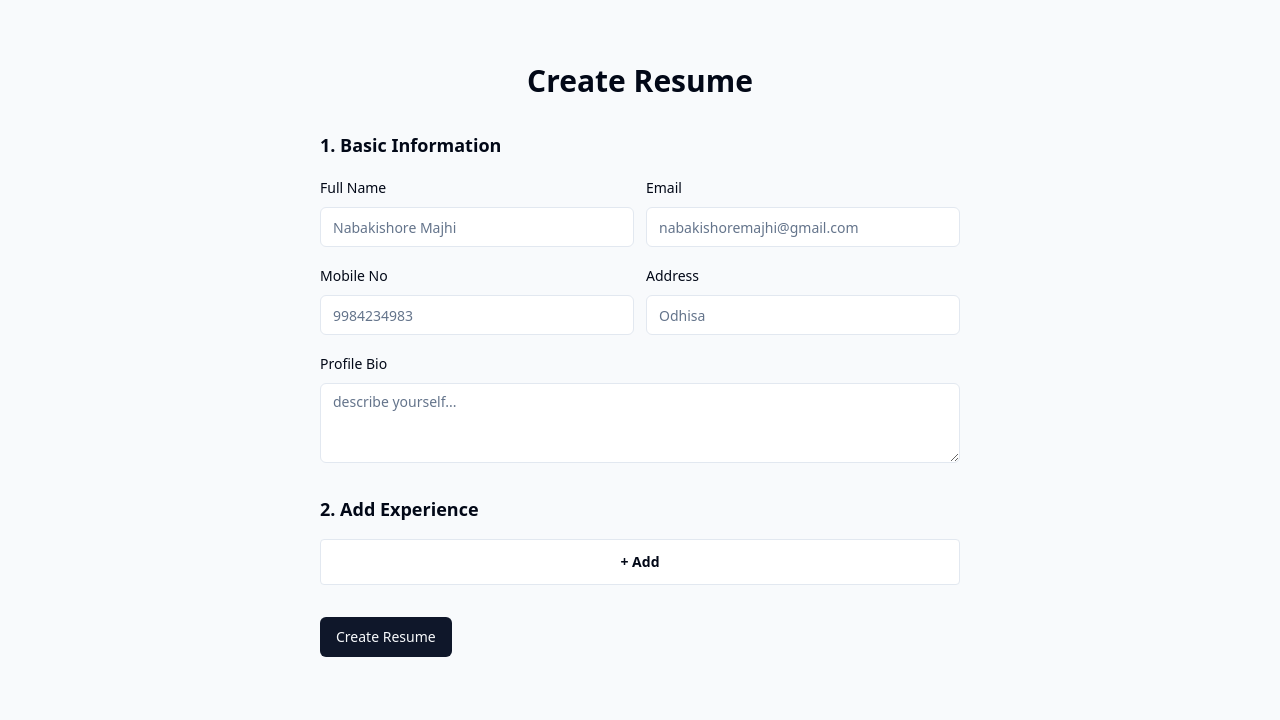
Repository: nickgoel31/resume-maker
Page: /create-resume
The author's editor kept a copy of each file at every save. The page is drawn from the files as they stood at one save, then again after a run of saves.
The browser window is 1280 px wide. The pictures show the whole page.
The project was rebuilt for these pictures with package versions that can differ from the ones it lists, and the page was loaded fresh each time. The framework's server and built-in components were replaced by stand-ins that run in the browser. Also part of the build but not shown: next.config.mjs.

Above is the page before, as saved 2024-03-19 13:59:56.

### app/(main)/create-resume/page.tsx
"use client"
import { zodResolver } from "@hookform/resolvers/zod"
import { useForm } from "react-hook-form"
import { z } from "zod"

import { Button } from "@/components/ui/button"
import {
  Form,
  FormControl,
  FormDescription,
  FormField,
  FormItem,
  FormLabel,
  FormMessage,
} from "@/components/ui/form"
import { Input } from "@/components/ui/input"
import { Textarea } from "@/components/ui/textarea"
import ExpAddBtn from "./_components/exp-add-btn"
import { useState } from "react"
import { Trash2 } from "lucide-react"

const formSchema = z.object({
  name: z.string().min(2, {
    message: "Name must be at least 2 characters.",
  }),
    email: z.string().email({
        message: "Invalid email address.",
    }),
    phone: z.string().min(10, {
      message: "Phone number should have at least 10 digits.",
    }),
    address: z.string().min(5, {
      message: "Address should have at least 5 characters.",
    }),
    summary: z.string().min(10, {
      message: "Summary should have at least 10 characters.",
    }),
})

export type Experience = {
    jobTitle: string;
    company: string;
    description: string;
    startDate: string;
    endDate: string;

}

const CreateResumePage = () => {

    const form = useForm<z.infer<typeof formSchema>>({
        resolver: zodResolver(formSchema),
        defaultValues: {
            name: "",
            email: "",
            phone: "",
            address: "",
            summary: "",
        },
      })

      // 2. Define a submit handler.
      function onSubmit(values: z.infer<typeof formSchema>) {
        // Do something with the form values.
        // ✅ This will be type-safe and validated.
        console.log(values)
      }


    const [experiences, setExperiences] = useState<Experience[]>([])

    const handleExperienceAdd = (experience:Experience) => {
        setExperiences([...experiences, experience])
    }
    const deleteExperience = (index:number) => {
        const newExperiences = experiences.filter((_, i) => i !== index)
        setExperiences(newExperiences)
    }



  return (
    <body className='h-full w-full bg-slate-50 flex items-center justify-center gap-8 flex-col py-10 px-5'>
        <div className=''>
            <h1 className='font-bold text-3xl'>Create Resume</h1>
        </div>

        <Form {...form}>
            <form onSubmit={form.handleSubmit(onSubmit)} className="space-y-8 w-full max-w-screen-sm">
                {/* SECTION 1 */}
                <div className="section-1 space-y-4">
                    <h3 className="text-semibold font-semibold text-lg">1. Basic Information</h3>
                <div className="flex items-center gap-3 w-full ">
                    <FormField
                    control={form.control}
                    name="name"
                    render={({ field }) => (
                        <FormItem className="w-full">
                        <FormLabel>Full Name</FormLabel>
                        <FormControl>
                            <Input placeholder="Nabakishore Majhi" className="w-full" {...field} />
                        </FormControl>
                        <FormMessage />
                        </FormItem>
                    )}
                    />
                    <FormField
                    control={form.control}
                    name="email"
                    render={({ field }) => (
                        <FormItem className="w-full">
                            <FormLabel>Email</FormLabel>
                            <FormControl>
                                <Input placeholder="nabakishoremajhi@gmail.com" className="w-full" {...field} />
                            </FormControl>
                        </FormItem>
                    )}/>
                </div>

                <div className="flex items-center gap-3 w-full">
                <FormField
                control={form.control}
                name="phone"
                render={({ field }) => (
                    <FormItem className="w-full">
                        <FormLabel>Mobile No</FormLabel>
                        <FormControl>
                            <Input placeholder="9984234983" {...field} />
                        </FormControl>
                    </FormItem>
                )}/>
                <FormField
                control={form.control}
                name="address"
                render={({ field }) => (
                    <FormItem className="w-full">
                        <FormLabel>Address</FormLabel>
                        <FormControl>
                            <Input placeholder="Odhisa" {...field} />
                        </FormControl>
                    </FormItem>
                )}/>
                </div>

                <FormField
                control={form.control}
                name="summary"
                render={({ field }) => (
                    <FormItem>
                        <FormLabel>Profile Bio</FormLabel>
                        <FormControl>
                            <Textarea placeholder="describe yourself..." {...field} />
                        </FormControl>
                    </FormItem>
                )}/>
                </div>

                {/* SECTION 2 */}
                <div className="section-1 space-y-4">
                    <h3 className="text-semibold font-semibold text-lg">2. Add Experience</h3>

                    <div className="grid grid-cols-1 w-full gap-3">
                        {experiences.map((experience, index) => (
                            <div className="add-btn rounded border p-3 bg-white text-sm font-semibold flex gap-4 items-center flex-wrap justify-between">
                                <div className="line-clamp-1">
                                    {experience.jobTitle}
                                </div>
                                <div>
                                    <Trash2 size={15} onClick={() => deleteExperience(index)} className="text-red-500 cursor-pointer"/>
                                </div>
                            </div>
                        ))}
                        <ExpAddBtn onExperienceAdd={handleExperienceAdd}/>
                    </div>
                </div>

                <Button type="submit">Create Resume</Button>
            </form>
        </Form>

    </body>
  )
}

export default CreateResumePage

### app/globals.css
@tailwind base;
@tailwind components;
@tailwind utilities;

body,html,:root{
  height: 100%;
}

@layer base {
  :root {
    --background: 0 0% 100%;
    --foreground: 222.2 84% 4.9%;

    --card: 0 0% 100%;
    --card-foreground: 222.2 84% 4.9%;

    --popover: 0 0% 100%;
    --popover-foreground: 222.2 84% 4.9%;

    --primary: 222.2 47.4% 11.2%;
    --primary-foreground: 210 40% 98%;

    --secondary: 210 40% 96.1%;
    --secondary-foreground: 222.2 47.4% 11.2%;

    --muted: 210 40% 96.1%;
    --muted-foreground: 215.4 16.3% 46.9%;

    --accent: 210 40% 96.1%;
    --accent-foreground: 222.2 47.4% 11.2%;

    --destructive: 0 84.2% 60.2%;
    --destructive-foreground: 210 40% 98%;

    --border: 214.3 31.8% 91.4%;
    --input: 214.3 31.8% 91.4%;
    --ring: 222.2 84% 4.9%;

    --radius: 0.5rem;
  }

  .dark {
    --background: 222.2 84% 4.9%;
    --foreground: 210 40% 98%;

    --card: 222.2 84% 4.9%;
    --card-foreground: 210 40% 98%;

    --popover: 222.2 84% 4.9%;
    --popover-foreground: 210 40% 98%;

    --primary: 210 40% 98%;
    --primary-foreground: 222.2 47.4% 11.2%;

    --secondary: 217.2 32.6% 17.5%;
    --secondary-foreground: 210 40% 98%;

    --muted: 217.2 32.6% 17.5%;
    --muted-foreground: 215 20.2% 65.1%;

    --accent: 217.2 32.6% 17.5%;
    --accent-foreground: 210 40% 98%;

    --destructive: 0 62.8% 30.6%;
    --destructive-foreground: 210 40% 98%;

    --border: 217.2 32.6% 17.5%;
    --input: 217.2 32.6% 17.5%;
    --ring: 212.7 26.8% 83.9%;
  }
}

@layer base {
  * {
    @apply border-border;
  }
  body {
    @apply bg-background text-foreground;
  }
}

### components/ui/button.tsx
import * as React from "react"
import { Slot } from "@radix-ui/react-slot"
import { cva, type VariantProps } from "class-variance-authority"

import { cn } from "@/lib/utils"

const buttonVariants = cva(
  "inline-flex items-center justify-center whitespace-nowrap rounded-md text-sm font-medium ring-offset-background transition-colors focus-visible:outline-none focus-visible:ring-2 focus-visible:ring-ring focus-visible:ring-offset-2 disabled:pointer-events-none disabled:opacity-50",
  {
    variants: {
      variant: {
        default: "bg-primary text-primary-foreground hover:bg-primary/90",
        destructive:
          "bg-destructive text-destructive-foreground hover:bg-destructive/90",
        outline:
          "border border-input bg-background hover:bg-accent hover:text-accent-foreground",
        secondary:
          "bg-secondary text-secondary-foreground hover:bg-secondary/80",
        ghost: "hover:bg-accent hover:text-accent-foreground",
        link: "text-primary underline-offset-4 hover:underline",
      },
      size: {
        default: "h-10 px-4 py-2",
        sm: "h-9 rounded-md px-3",
        lg: "h-11 rounded-md px-8",
        icon: "h-10 w-10",
      },
    },
    defaultVariants: {
      variant: "default",
      size: "default",
    },
  }
)

export interface ButtonProps
  extends React.ButtonHTMLAttributes<HTMLButtonElement>,
    VariantProps<typeof buttonVariants> {
  asChild?: boolean
}

const Button = React.forwardRef<HTMLButtonElement, ButtonProps>(
  ({ className, variant, size, asChild = false, ...props }, ref) => {
    const Comp = asChild ? Slot : "button"
    return (
      <Comp
        className={cn(buttonVariants({ variant, size, className }))}
        ref={ref}
        {...props}
      />
    )
  }
)
Button.displayName = "Button"

export { Button, buttonVariants }

### components/ui/input.tsx
import * as React from "react"

import { cn } from "@/lib/utils"

export interface InputProps
  extends React.InputHTMLAttributes<HTMLInputElement> {}

const Input = React.forwardRef<HTMLInputElement, InputProps>(
  ({ className, type, ...props }, ref) => {
    return (
      <input
        type={type}
        className={cn(
          "flex h-10 w-full rounded-md border border-input bg-background px-3 py-2 text-sm ring-offset-background file:border-0 file:bg-transparent file:text-sm file:font-medium placeholder:text-muted-foreground focus-visible:outline-none focus-visible:ring-2 focus-visible:ring-ring focus-visible:ring-offset-2 disabled:cursor-not-allowed disabled:opacity-50",
          className
        )}
        ref={ref}
        {...props}
      />
    )
  }
)
Input.displayName = "Input"

export { Input }

### components/ui/textarea.tsx
import * as React from "react"

import { cn } from "@/lib/utils"

export interface TextareaProps
  extends React.TextareaHTMLAttributes<HTMLTextAreaElement> {}

const Textarea = React.forwardRef<HTMLTextAreaElement, TextareaProps>(
  ({ className, ...props }, ref) => {
    return (
      <textarea
        className={cn(
          "flex min-h-[80px] w-full rounded-md border border-input bg-background px-3 py-2 text-sm ring-offset-background placeholder:text-muted-foreground focus-visible:outline-none focus-visible:ring-2 focus-visible:ring-ring focus-visible:ring-offset-2 disabled:cursor-not-allowed disabled:opacity-50",
          className
        )}
        ref={ref}
        {...props}
      />
    )
  }
)
Textarea.displayName = "Textarea"

export { Textarea }

### app/(main)/create-resume/_components/exp-add-btn.tsx
"use client"

import { Dialog, DialogClose, DialogContent, DialogDescription, DialogHeader, DialogTitle, DialogTrigger } from '@/components/ui/dialog'
import React, { useState } from 'react'
import { z } from "zod"

import { Button } from "@/components/ui/button"
import {
  Form,
  FormControl,
  FormDescription,
  FormField,
  FormItem,
  FormLabel,
  FormMessage,
} from "@/components/ui/form"
import { Input } from '@/components/ui/input'
import { Textarea } from '@/components/ui/textarea'
import { DatePicker } from '@/components/ui/date-picker'
import { Experience } from '../page'

const ExpAddBtn = ({onExperienceAdd}:{onExperienceAdd: (experience:Experience) => void}) => {

    const [jobTitle, setJobTitle] = useState("")
    const [company, setCompany] = useState("")
    const [description, setDescription] = useState("")
    const [startDate, setStartDate] = useState("")
    const [endDate, setEndDate] = useState("")

    const handleAddExperience = () => {
        const experience = {
          jobTitle: jobTitle,
          company: company,
          description: description,
          startDate: startDate,
          endDate: endDate
        };
        onExperienceAdd(experience); // Call the function passed from the parent with the experience object
    }


  return (
    <Dialog>
        <DialogTrigger>
            <div className="add-btn rounded border p-3 bg-white text-sm font-semibold flex items-center justify-center">
                + Add
            </div>
        </DialogTrigger>

        <DialogContent>
            <DialogHeader>
                <DialogTitle>Add Experience</DialogTitle>
                <DialogDescription>
                    Add your work experience, internships, etc.
                </DialogDescription>
            </DialogHeader>

            <div className="flex flex-col items-center gap-3 w-full">
                <div className='flex flex-col gap-1 w-full'>
                    <label htmlFor="" className='font-medium text-sm'>Job title</label>
                    <Input type="text" placeholder='e.g., Software Engineer Intern' onChange={(e) => setJobTitle(e.target.value)} />
                </div>
                <div className='flex flex-col gap-1 w-full'>
                    <label htmlFor="" className='font-medium text-sm'>Company</label>
                    <Input type="text" placeholder='e.g., Software Engineer Intern' onChange={(e) => setCompany(e.target.value)}/>
                </div>
                <div className='flex flex-col gap-1 w-full'>
                    <label htmlFor="" className='font-medium text-sm'>Description</label>
                    <Textarea placeholder='e.g., Software Engineer Intern' onChange={(e) => setDescription(e.target.value)} />
                </div>
                <div className='flex items-center gap-3 w-full'>
                    {/* <div className='flex flex-col gap-1 w-full'>
                        <label htmlFor="" className='font-medium text-sm'>Start Date</label>
                        <DatePicker />
                    </div>
                    <div className='flex flex-col gap-1 w-full'>
                        <label htmlFor="" className='font-medium text-sm'>End Date</label>
                        <DatePicker onChange={(e) => setJobTitle(e.target.value)}/>
                    </div> */}
                </div>
                <div className='flex w-full justify-end'>
                    <DialogClose>
                        <Button onClick={handleAddExperience}>Add</Button>
                    </DialogClose>
                </div>
            </div>
        </DialogContent>
    </Dialog>
  )
}

export default ExpAddBtn

### components/ui/label.tsx
"use client"

import * as React from "react"
import * as LabelPrimitive from "@radix-ui/react-label"
import { cva, type VariantProps } from "class-variance-authority"

import { cn } from "@/lib/utils"

const labelVariants = cva(
  "text-sm font-medium leading-none peer-disabled:cursor-not-allowed peer-disabled:opacity-70"
)

const Label = React.forwardRef<
  React.ElementRef<typeof LabelPrimitive.Root>,
  React.ComponentPropsWithoutRef<typeof LabelPrimitive.Root> &
    VariantProps<typeof labelVariants>
>(({ className, ...props }, ref) => (
  <LabelPrimitive.Root
    ref={ref}
    className={cn(labelVariants(), className)}
    {...props}
  />
))
Label.displayName = LabelPrimitive.Root.displayName

export { Label }

### components/ui/dialog.tsx
"use client"

import * as React from "react"
import * as DialogPrimitive from "@radix-ui/react-dialog"
import { X } from "lucide-react"

import { cn } from "@/lib/utils"

const Dialog = DialogPrimitive.Root

const DialogTrigger = DialogPrimitive.Trigger

const DialogPortal = DialogPrimitive.Portal

const DialogClose = DialogPrimitive.Close

const DialogOverlay = React.forwardRef<
  React.ElementRef<typeof DialogPrimitive.Overlay>,
  React.ComponentPropsWithoutRef<typeof DialogPrimitive.Overlay>
>(({ className, ...props }, ref) => (
  <DialogPrimitive.Overlay
    ref={ref}
    className={cn(
      "fixed inset-0 z-50 bg-black/80  data-[state=open]:animate-in data-[state=closed]:animate-out data-[state=closed]:fade-out-0 data-[state=open]:fade-in-0",
      className
    )}
    {...props}
  />
))
DialogOverlay.displayName = DialogPrimitive.Overlay.displayName

const DialogContent = React.forwardRef<
  React.ElementRef<typeof DialogPrimitive.Content>,
  React.ComponentPropsWithoutRef<typeof DialogPrimitive.Content>
>(({ className, children, ...props }, ref) => (
  <DialogPortal>
    <DialogOverlay />
    <DialogPrimitive.Content
      ref={ref}
      className={cn(
        "fixed left-[50%] top-[50%] z-50 grid w-full max-w-lg translate-x-[-50%] translate-y-[-50%] gap-4 border bg-background p-6 shadow-lg duration-200 data-[state=open]:animate-in data-[state=closed]:animate-out data-[state=closed]:fade-out-0 data-[state=open]:fade-in-0 data-[state=closed]:zoom-out-95 data-[state=open]:zoom-in-95 data-[state=closed]:slide-out-to-left-1/2 data-[state=closed]:slide-out-to-top-[48%] data-[state=open]:slide-in-from-left-1/2 data-[state=open]:slide-in-from-top-[48%] sm:rounded-lg",
        className
      )}
      {...props}
    >
      {children}
      <DialogPrimitive.Close className="absolute right-4 top-4 rounded-sm opacity-70 ring-offset-background transition-opacity hover:opacity-100 focus:outline-none focus:ring-2 focus:ring-ring focus:ring-offset-2 disabled:pointer-events-none data-[state=open]:bg-accent data-[state=open]:text-muted-foreground">
        <X className="h-4 w-4" />
        <span className="sr-only">Close</span>
      </DialogPrimitive.Close>
    </DialogPrimitive.Content>
  </DialogPortal>
))
DialogContent.displayName = DialogPrimitive.Content.displayName

const DialogHeader = ({
  className,
  ...props
}: React.HTMLAttributes<HTMLDivElement>) => (
  <div
    className={cn(
      "flex flex-col space-y-1.5 text-center sm:text-left",
      className
    )}
    {...props}
  />
)
DialogHeader.displayName = "DialogHeader"

const DialogFooter = ({
  className,
  ...props
}: React.HTMLAttributes<HTMLDivElement>) => (
  <div
    className={cn(
      "flex flex-col-reverse sm:flex-row sm:justify-end sm:space-x-2",
      className
    )}
    {...props}
  />
)
DialogFooter.displayName = "DialogFooter"

const DialogTitle = React.forwardRef<
  React.ElementRef<typeof DialogPrimitive.Title>,
  React.ComponentPropsWithoutRef<typeof DialogPrimitive.Title>
>(({ className, ...props }, ref) => (
  <DialogPrimitive.Title
    ref={ref}
    className={cn(
      "text-lg font-semibold leading-none tracking-tight",
      className
    )}
    {...props}
  />
))
DialogTitle.displayName = DialogPrimitive.Title.displayName

const DialogDescription = React.forwardRef<
  React.ElementRef<typeof DialogPrimitive.Description>,
  React.ComponentPropsWithoutRef<typeof DialogPrimitive.Description>
>(({ className, ...props }, ref) => (
  <DialogPrimitive.Description
    ref={ref}
    className={cn("text-sm text-muted-foreground", className)}
    {...props}
  />
))
DialogDescription.displayName = DialogPrimitive.Description.displayName

export {
  Dialog,
  DialogPortal,
  DialogOverlay,
  DialogClose,
  DialogTrigger,
  DialogContent,
  DialogHeader,
  DialogFooter,
  DialogTitle,
  DialogDescription,
}

Loaded but not shown: app/layout.tsx (common file); lib/utils.ts (common file); tailwind.config.ts (common file); components/ui/form.tsx (176 lines, source omitted)

After the next 3 saves:
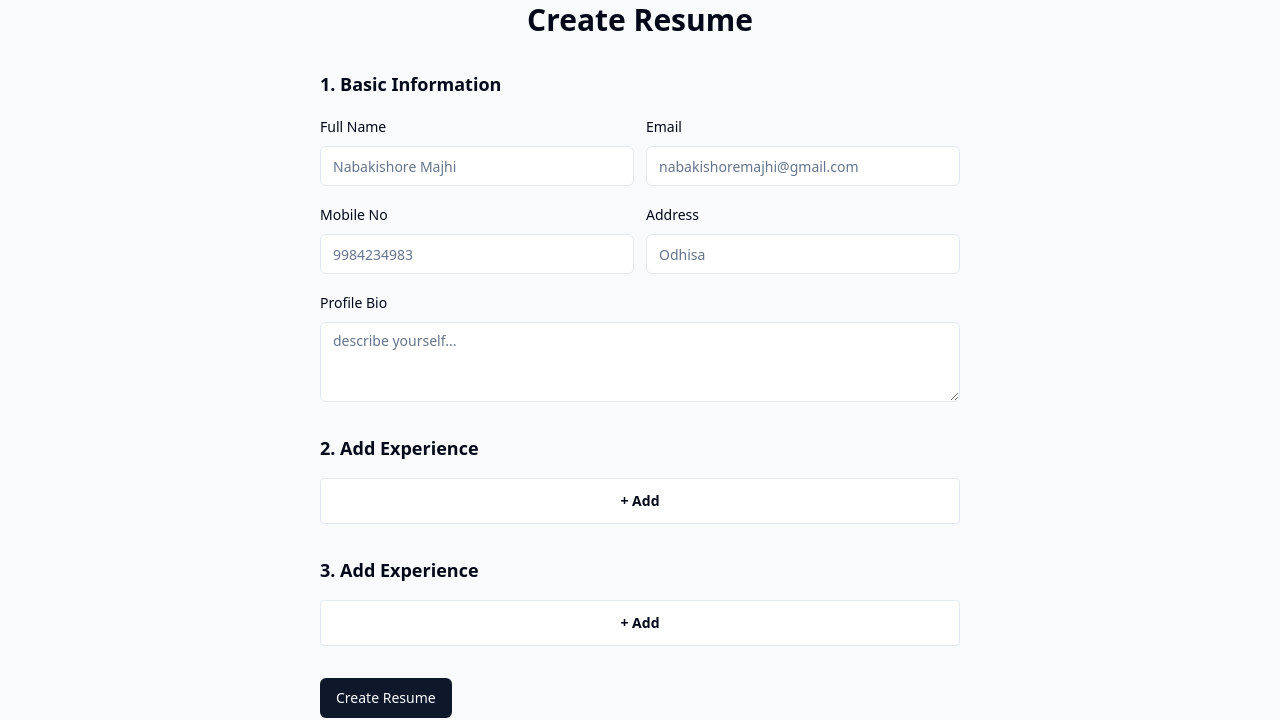
The 3 saves are shown as one change because they came seconds apart.
The last was saved 24 s later.
--- a/app/(main)/create-resume/page.tsx
+++ b/app/(main)/create-resume/page.tsx
@@ -174,6 +174,25 @@ const CreateResumePage = () => {
                     </div>
                 </div>
 
+                {/* SECTION 3 */}
+                <div className="section-1 space-y-4">
+                    <h3 className="text-semibold font-semibold text-lg">3. Add Experience</h3>
+
+                    <div className="grid grid-cols-1 w-full gap-3">
+                        {experiences.map((experience, index) => (
+                            <div className="add-btn rounded border p-3 bg-white text-sm font-semibold flex gap-4 items-center flex-wrap justify-between">
+                                <div className="line-clamp-1">
+                                    {experience.jobTitle}
+                                </div>
+                                <div>
+                                    <Trash2 size={15} onClick={() => deleteExperience(index)} className="text-red-500 cursor-pointer"/>
+                                </div>
+                            </div>
+                        ))}
+                        <ExpAddBtn onExperienceAdd={handleExperienceAdd}/>
+                    </div>
+                </div>
+
                 <Button type="submit">Create Resume</Button>
             </form>
         </Form>
